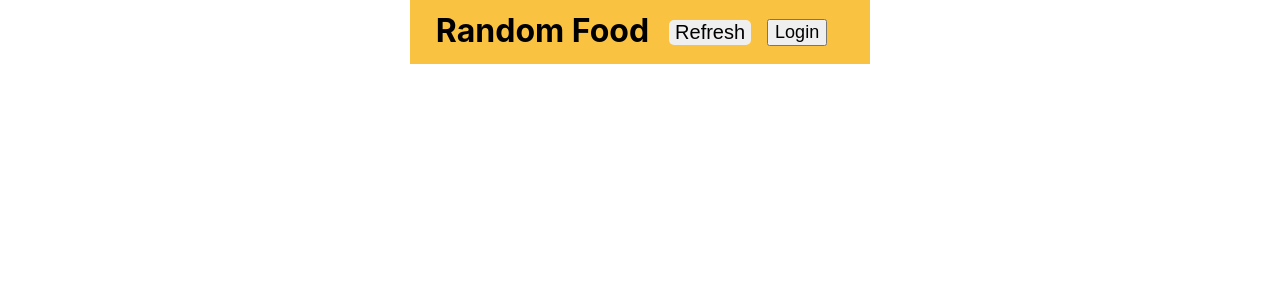
Repository: limjoohyun2030/random-food
Page: /random-food/home
These files come from the project's save history. The page is drawn as it stood at one moment and after the next save; the edit follows.
The browser window is 1280 px wide. The pictures show the whole page.
The page's requests for data from a server got no answer. The project was rebuilt for these pictures with package versions that can differ from the ones it lists, and the page was loaded fresh each time. A package was used in the major version that the imports need, not the one package.json lists. No one was signed in, and anything a server would have sent is missing. Also part of the build but not shown: src/components/food_detail/food_detail.module.css, src/components/food_detail/food_detail.jsx, src/components/food_item/food_item.module.css, src/components/food_item/food_item.jsx, src/components/login/login.module.css, src/components/login/login.jsx.

Above is the page before, as saved 2021-11-11 17:38:55.

After the next save:
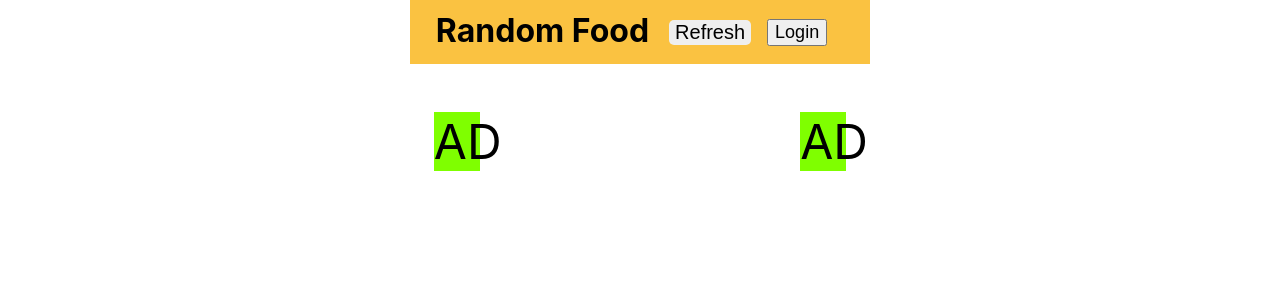
Saved 101 s later.
--- a/src/components/food_list/food_list.jsx
+++ b/src/components/food_list/food_list.jsx
@@ -5,7 +5,7 @@ import styles from "./food_list.module.css";
 const FoodList = React.forwardRef(({ foods, onFoodClick }, ref) => {
   return (
     <section className={styles.foodBox}>
-      {/* <div className={styles.sidebarLeft}>AD</div> */}
+      <div className={styles.sidebarLeft}>AD</div>
       <ul className={styles.foods}>
         {foods &&
           foods.map((food) => (
@@ -17,7 +17,7 @@ const FoodList = React.forwardRef(({ foods, onFoodClick }, ref) => {
             />
           ))}
       </ul>
-      {/* <div className={styles.sidebarRight}>AD</div> */}
+      <div className={styles.sidebarRight}>AD</div>
     </section>
   );
 });
